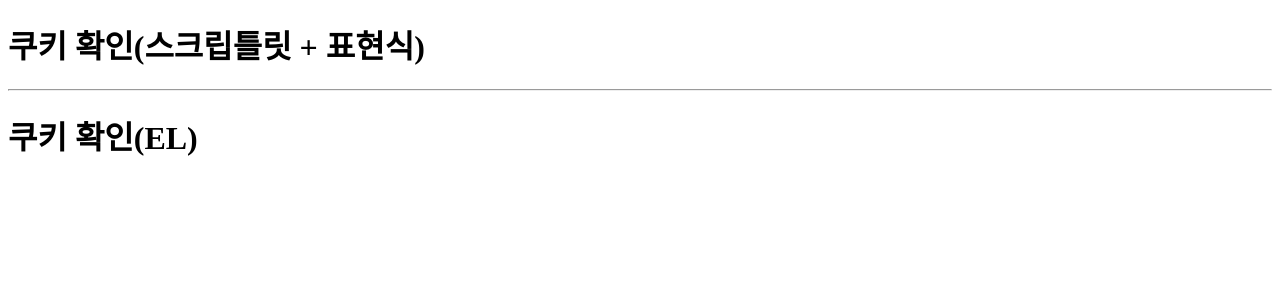
Repository: Leehj9094/JAVA_BOOK-
Page: http://localhost/01JSP/C07/01/getCookie.jsp
These files come from the project's save history. The page is drawn as it stood at one moment and after the next save; the edit follows.
The browser window is 1280 px wide. The pictures show the whole page.
The page is served by Tomcat 9.

Above is the page before, as saved 2025-04-03 08:11:20.

After the next save:
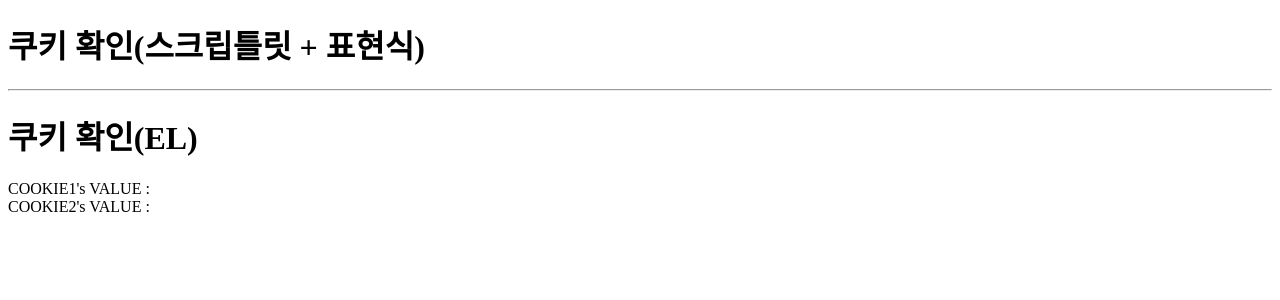
Saved 5 min 27 s later.
--- a/JSP/01JSP/src/main/webapp/C07/01/getCookie.jsp
+++ b/JSP/01JSP/src/main/webapp/C07/01/getCookie.jsp
@@ -9,7 +9,7 @@
 <body>
 
 	<h1>쿠키 확인(스크립틀릿 + 표현식)</h1>
-	<%
+	<%-- <%
 	Cookie[] cookies = request.getCookies();
 	if (cookies != null) {
 		for (Cookie cookie : cookies) {
@@ -22,10 +22,11 @@
 			<%
 		}
 	}
-%>
+%> --%>
 
 <hr/>
 	<h1>쿠키 확인(EL)</h1>
-
+	COOKIE1's VALUE : ${cookie.myCookie1.value}<br/>
+	COOKIE2's VALUE : ${cookie.myCookie2.value}<br/>
 </body>
 </html>
